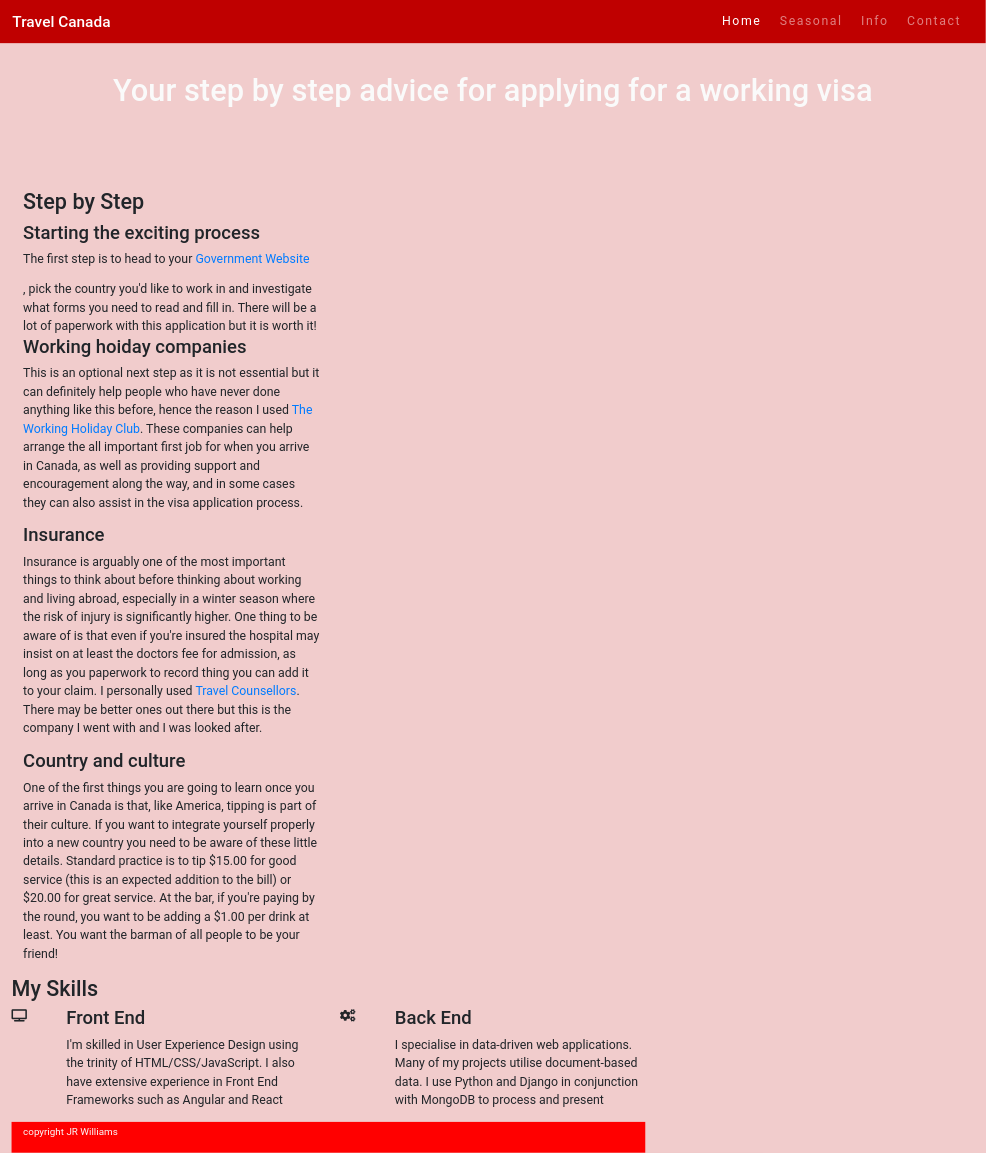
Repository: JonWil91/Travel-Canada
Page: info.html
The author's editor kept a record of every edit. The page is drawn from the files as they stood at one moment, then again after the next edit.
The browser window is 1280 px wide. The pictures show the whole page, at 77% of full size.
Some web libraries are served in a nearby version.

Above is the page before.

### info.html
<!DOCTYPE html>
<html lang="en">

<head>
    <meta charset="UTF-8">
    <meta name="viewport" content="width=device-width, initial-scale=1.0">
    <meta http-equiv="X-UA-Compatible" content="ie=edge">
    <title>Canada</title>
    <link rel="stylesheet" href="https://stackpath.bootstrapcdn.com/bootstrap/4.3.1/css/bootstrap.min.css" integrity="sha384-ggOyR0iXCbMQv3Xipma34MD+dH/1fQ784/j6cY/iJTQUOhcWr7x9JvoRxT2MZw1T" crossorigin="anonymous">
    <link href="https://fonts.googleapis.com/css?family=Montserrat:200,400,500i&display=swap" rel="stylesheet">
    <link rel="stylesheet" href="https://use.fontawesome.com/releases/v5.6.1/css/all.css" integrity="sha384-gfdkjb5BdAXd+lj+gudLWI+BXq4IuLW5IT+brZEZsLFm++aCMlF1V92rMkPaX4PP" crossorigin="anonymous">
    <link rel="stylesheet" href="css/style.css" type="text/css" />


    <body>

        <!-- navbar -->

        <div class="container-fluid navalert-container">
            <nav class="navbar navbar-dark navbar-expand-sm">
                <a href="/" class="navbar-brand">Travel Canada</a>
                <button class="navbar-toggler ml-auto" type="button" data-toggle="collapse" data-target="#navbarNavDropdown" aria-controls="navbarNavDropdown" aria-expanded="false" aria-label="Toggle
        navigation">
            <span class="navbar-toggler-icon"></span>
        </button>
                <div class="collapse navbar-collapse" id="navbarNavDropdown">
                    <ul class="navbar-nav ml-auto">
                        <li class="active nav-item mr-2"><a class="nav-link" href="index.html">Home</a></li>
                        <li class="nav-item mr-2"><a class="nav-link" href="seasonal.html">Seasonal</a></li>
                        <li class="nav-item mr-2"><a class="nav-link" href="info.html">Info</a></li>
                        <li class="nav-item mr-2"><a class="nav-link" href="contact.html">Contact</a></li>

                    </ul>
                </div>
            </nav>
        </div>


        <div class="container-fluid info-container">
            <!-- Callout -->
            <div class="row">
                <div class="col-12">
                    <section class="callout jumbotron text-center">
                        <h1 class="jumbotron-header">Your step by step advice for applying for a working visa</h1>
                    </section>
                </div>
            </div>
        </div>


        <div class="container-fluid">
            <div class="col-md-4 bg-color-work-history section-column">
                <div class="row">
                    <div class="col-12">
                        <h3 class="history-heading uppercase">
                            Step by Step
                        </h3>
                    </div>
                </div>
                <div class="history-items">
                    <div class="timeline-item">
                        <h4>Starting the exciting process</h4>
                        <p>The first step is to head to your <a href="https://www.gov.uk/foreign-travel-advice/canada/entry-requirements" target="_blank">Government Website</a></p>, pick the country you'd like to work in and investigate what forms you need
                        to read and fill in. There will be a lot of paperwork with this application but it is worth it!
                    </div>
                    <div class="timeline-item">
                        <h4>Working hoiday companies</h4>
                        <p>This is an optional next step as it is not essential but it can definitely help people who have never done anything like this before, hence the reason I used
                            <a href="https://www.theworkingholidayclub.com/canada/" target="_blank">The Working Holiday Club</a>. These companies can help arrange the all important first job for when you arrive in Canada, as well as providing support
                            and encouragement along the way, and in some cases they can also assist in the visa application process.</p>
                    </div>
                    <div class="timeline-item">
                        <h4>Insurance</h4>
                        <p>Insurance is arguably one of the most important things to think about before thinking about working and living abroad, especially in a winter season where the risk of injury is significantly higher. One thing to be aware of is
                            that even if you're insured the hospital may insist on at least the doctors fee for admission, as long as you paperwork to record thing you can add it to your claim. I personally used <a href="https://www.travelcounsellors.co.uk/gb/leisure"
                                target="_blank">Travel Counsellors</a>. There may be better ones out there but this is the company I went with and I was looked after.</p>
                    </div>
                    <div class="timeline-item">
                        <h4>Country and culture</h4>
                        <p>One of the first things you are going to learn once you arrive in Canada is that, like America, tipping is part of their culture. If you want to integrate yourself properly into a new country you need to be aware of these little
                            details. Standard practice is to tip $15.00 for good service (this is an expected addition to the bill) or $20.00 for great service. At the bar, if you're paying by the round, you want to be adding a $1.00 per drink at least.
                            You want the barman of all people to be your friend!</p>
                    </div>
                </div>
            </div>
        </div>

        <div class="col-md-8 bg-color-three-reasons">
            <div class="row">
                <div class="col">
                    <h3 class="section-heading uppercase">My Skills</h3>
                </div>
            </div>
            <div class="row">
                <div class="col-10 offset-1 offset-sm-0 col-sm-4 col-md-6">
                    <div class="row">
                        <div class="col-2">
                            <i class="three-reasons-icon fas fa-tv" aria-hidden="true"></i>
                        </div>
                        <div class="col-10">
                            <h4 class="three-reasons-heading uppercase">Front End</h4>
                            <p>
                                I'm skilled in User Experience Design using the trinity of HTML/CSS/JavaScript. I also have extensive experience in Front End Frameworks such as Angular and React
                            </p>
                        </div>
                    </div>
                </div>
                <div class="col-10 offset-1 offset-sm-0 col-sm-4 col-md-6">
                    <div class="row">
                        <div class="col-2">
                            <i class="three-reasons-icon fas fa-cogs" aria-hidden="true"></i>
                        </div>
                        <div class="col-10">
                            <h4 class="three-reasons-heading uppercase">Back End</h4>
                            <p>
                                I specialise in data-driven web applications. Many of my projects utilise document-based data. I use Python and Django in conjunction with MongoDB to process and present
                            </p>
                        </div>
                    </div>
                </div>
            </div>











            <!-- footer -->

            <div class="container-fluid footer">
                <div class="row">
                    <div class="col-12">
                        <p class="ml-auto"><small>copyright JR Williams</small></p>

                    </div>
                </div>
            </div>


            <!-- /footer -->

### css/style.css
body {
    font-family: 'Roboto', sans-serif;
    background-color: #f1cccc;
}

/* landing page */

.callout-container {
    height: 100vh;
    background: url("../images/canada-landing-page.jpg") no-repeat bottom right fixed;
    -webkit-background-size: cover;
    -moz-background-size: cover;
    -o-background-size: cover;
    background-size: cover;

    display: flex;
    justify-content: center;
    position: relative;
}

.jumbotron {
    background-color: transparent;
    margin-top: 30px;
    color: #fafafa;
}

.lead {
    margin-top: 50px;
    color: #de5858;
    font-family: 'Roboto', sans-serif;
    font-weight: 600;

}


/* /landing page */

/* Navbar */

.navalert-container {
    position: absolute;
    top: 0;
    left: 0;
    padding-left: 0;
    padding-right: 0;
    z-index: 1;
    background-color: #ff0000;
}

.navbar {
    margin-bottom: 0;
    border: 0;
    width: 100%;
    background-color: rgba(0, 0, 0, 0.25);
}

.navbar .navbar-toggler {
    border: none;
}

.navbar-brand {
    font-weight: 500;
}

.navbar-nav {
    letter-spacing: 2px;
}

/* /navbar */

/* seasonal */

.title-container {
    display: flex;
    justify-content: center;
    position: relative;
}

.container-subheading {
    display: flex;
    justify-content: center;
    position: relative;
}

.img-fluid {
    width: 100vh;
    height: 65vh;
    border-radius: 20px;
}


.icon {
    color: #e82e2e;
    padding: 10px;
    transition: all 0.3s ease 0s;
}

.icon:hover {
    color: #f59e42;
}

.season-title {
    padding: 0 0 20px 0;

}

/* /seasonal */

/* Footer */

.footer {
    background-color: #ff0000;
    color: #fafafa;
    float: right;
}

/* /footer */

After the next edit:
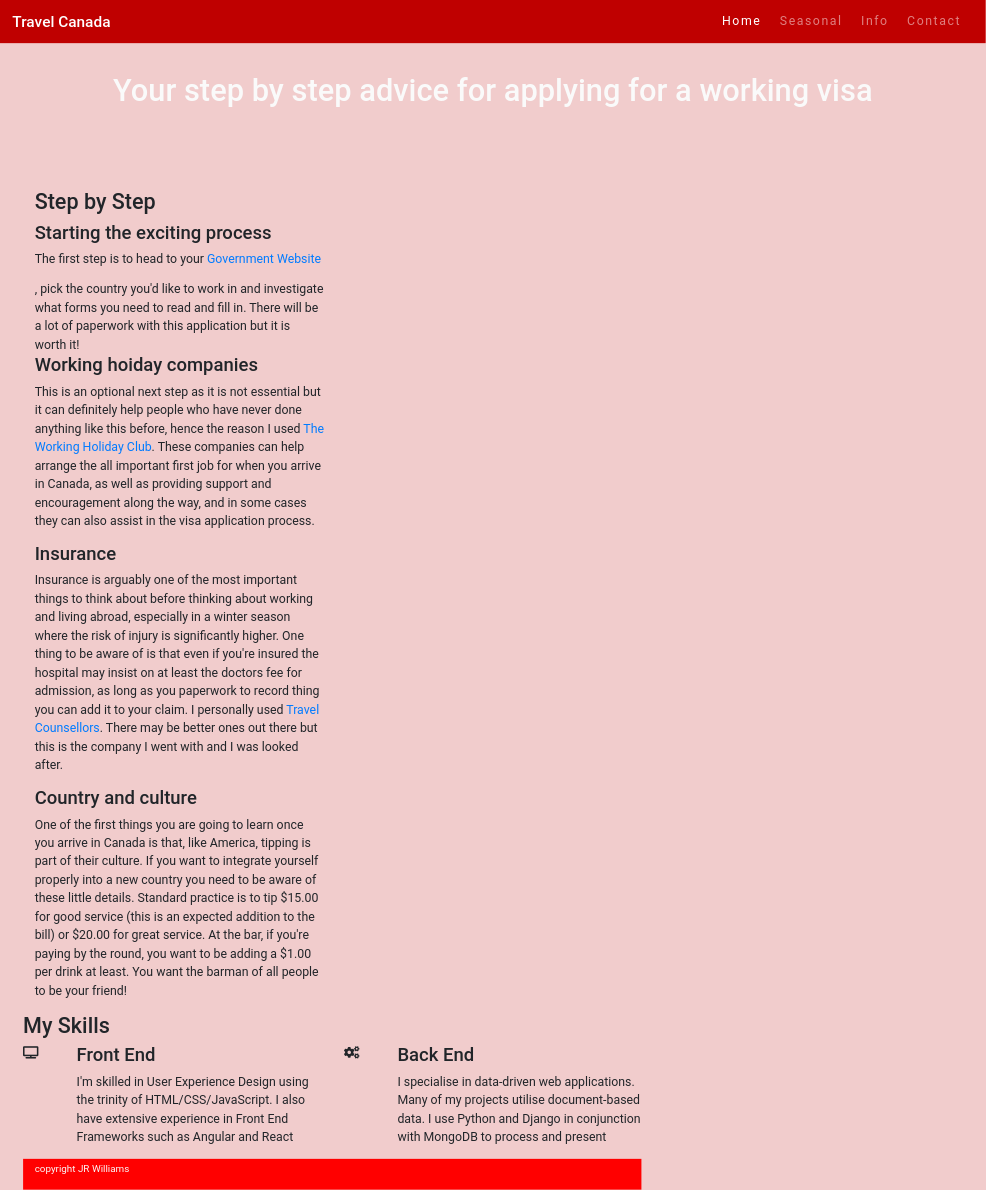
The edit:
--- a/info.html
+++ b/info.html
@@ -47,7 +47,7 @@
             </div>
         </div>
 
-
+<section class="container-fluid">
         <div class="container-fluid">
             <div class="col-md-4 bg-color-work-history section-column">
                 <div class="row">
